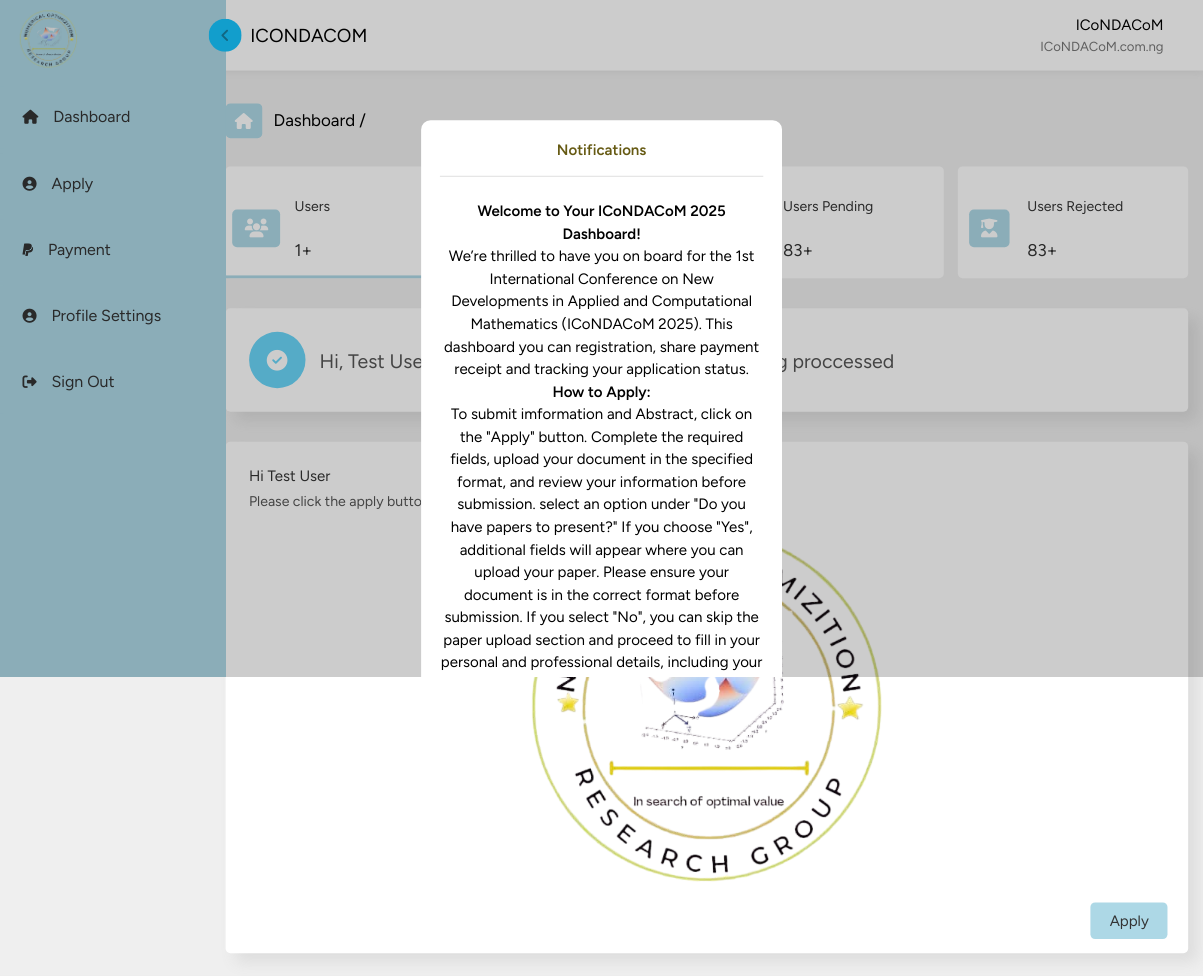
Repository: mrcode-gmb/aa-lectturn
Page: http://localhost/dashboard
These files come from the project's save history. The page is drawn as it stood at one moment and after a run of saves; the edit follows.
The browser window is 1280 px wide. The pictures show the whole page, at 94% of full size.
An inner scrolling area shows only its first screen. The page is served by the project's Laravel application, run on PHP 8.4 with Laravel 10. A made-up administrator, Test User (test@example.com), is signed in. Other server files are loaded and not shown. Queries for data that is not in the repository find no rows.

Above is the page before, as saved 2025-02-07 10:39:44.
Console error: TypeError: Cannot read properties of null (reading 'style')

### routes/web.php
<?php

use App\Models\User;
use Illuminate\Support\Facades\Mail;
use Illuminate\Support\Facades\Route;
use App\Http\Controllers\ProfileController;
use App\Http\Controllers\ApplyCompetationController;

/*
|--------------------------------------------------------------------------
| Web Routes
|--------------------------------------------------------------------------
|
| Here is where you can register web routes for your application. These
| routes are loaded by the RouteServiceProvider and all of them will
| be assigned to the "web" middleware group. Make something great!
|
*/

Route::get('/', function () {
    return view('welcome');
});

Route::get('/dashboard', function () {
    return view('dashboard',
    [
        "allUsers" => User::where("role",2)->count(),
        "allPendingUsers" => User::where("status",1)->count(),
        "allApprovedUsers" => User::where("status",2)->count(),
        "allRejectedUsers" => User::where("status",3)->count(),
    ]);
})->middleware(['auth', 'verified'])->name('dashboard');

Route::middleware('auth')->group(function () {
    Route::get('/profile', [ProfileController::class, 'edit'])->name('profile.edit');
    Route::patch('/profile', [ProfileController::class, 'update'])->name('profile.update');
    Route::delete('/profile', [ProfileController::class, 'destroy'])->name('profile.destroy');

    Route::controller(ApplyCompetationController::class)->group(function () {
        Route::get("/apply", "index")->name("apply");
        Route::get("/users/applied", "showAppliedUsers")->name("apply.showAppliedUsers");
        Route::get("/users/payment/histories", "showPaymentHistories")->name("apply.showPaymentHistories");
        Route::get("/users/all", "showAlldUsers")->name("all.showAppliedUsers");
        Route::post("apply/store", "store")->name("apply.store");
        Route::post("apply/update", "update")->name("apply.update");
        Route::post("apply/payment-status", "paymentStatus")->name("apply.paymentStatus");
        Route::get("/payment/user", "userPayment")->name("userPayment");
        Route::post("/payment/payment", "userPaymentPayment")->name("userPaymentPayment");
    });
});

require __DIR__ . '/auth.php';

### app/Models/User.php
<?php

namespace App\Models;

// use Illuminate\Contracts\Auth\MustVerifyEmail;
use Illuminate\Database\Eloquent\Factories\HasFactory;
use Illuminate\Foundation\Auth\User as Authenticatable;
use Illuminate\Notifications\Notifiable;
use Laravel\Sanctum\HasApiTokens;

class User extends Authenticatable
{
    use HasApiTokens, HasFactory, Notifiable;

    /**
     * The attributes that are mass assignable.
     *
     * @var array<int, string>
     */
    protected $fillable = [
        'name',
        'email',
        "status",
        'password',
    ];

    /**
     * The attributes that should be hidden for serialization.
     *
     * @var array<int, string>
     */
    protected $hidden = [
        'password',
        'remember_token',
    ];

    /**
     * The attributes that should be cast.
     *
     * @var array<string, string>
     */
    protected $casts = [
        'email_verified_at' => 'datetime',
        'password' => 'hashed',
    ];

    public function userApplied()
    {
        return $this->hasOne(ApplyCompetation::class);
    }
    public function payment()
    {
        return $this->hasOne(Payment::class);
    }
}

### resources/views/dashboard.blade.php
<x-app-layout>
    <div>
        <section id="mainbody">
            <div class="main-body">
                <div class="str">
                    <div class="str-home">
                        <i class="fa fa-home"></i>
                        <div class="db">
                            <h4>Dashboard / &nbsp;</h4>
                            <p></p>
                        </div>
                    </div>
                </div>
                <div>
                    <div class="tabs" id="tabls">
                        <div class="">
                            <div class="container-fluiding">
                                <div class="col-md-3">
                                    <div class="icon-flex">
                                        <div class="left">
                                            <i class="fa fa-users"></i>
                                        </div>
                                        <div class="right">
                                            <h4>Users</h4>
                                            <p class="percent" id="percent">0%</p>
                                        </div>
                                    </div>
                                    <div class="loader">
                                        <div class="shows" id="shows"></div>
                                    </div>
                                </div>
                                <div class="col-md-3">
                                    <div class="icon-flex">
                                        <div class="left">
                                            <i class="fa fa-hand-point-right"></i>
                                        </div>
                                        <div class="right">
                                            <h4>Users Approved</h4>
                                            <p class="percent" id="percent1">0%</p>
                                        </div>
                                    </div>

                                </div>
                                <div class="col-md-3">
                                    <div class="icon-flex">
                                        <div class="left">
                                            <i class="fa fa-money-check-alt"></i>
                                        </div>
                                        <div class="right">
                                            <h4>Users Pending</h4>
                                            <p class="percent" id="percent2">0%</p>
                                        </div>
                                    </div>

                                </div>
                                <div class="col-md-3">
                                    <div class="icon-flex">
                                        <div class="left">
                                            <i class="fa fa-user-graduate"></i>
                                        </div>
                                        <div class="right">
                                            <h4>Users Rejected</h4>
                                            <p class="percent" id="percent3">0%</p>
                                        </div>
                                    </div>

                                </div>
                            </div>
                        </div>
                        <x-auth-session-status class="mb-4" :status="session('status')" />
                        @if (Auth::user()->status != 0)
                            @if (Auth::user()->status == 1)
                                <div class="full-chart">
                                    <div class="chart-title flex-class">
                                        <div class="circle-pending">
                                            <i class="fa fa-check-circle"></i>
                                        </div>
                                        <div class="circle-text">
                                            <p>Hi, {{ Auth::user()->name }}, Congratulation your application is being
                                                proccessed </p>
                                        </div>
                                    </div>
                                </div>
                            @elseif (Auth::user()->status == 2)
                                <div class="full-chart">
                                    <div class="chart-title flex-class">
                                        <div class="circle-success">
                                            <i class="fa fa-check-circle"></i>
                                        </div>
                                        <div class="circle-text">
                                            <p>Hi, {{ Auth::user()->name }}, Congratulation your application has been
                                                approved.
                                            </p>
                                        </div>
                                    </div>
                                </div>
                            @elseif (Auth::user()->status == 3)
                                <div class="full-chart">
                                    <div class="chart-title flex-class">
                                        <div class="circle-rejected">
                                            <i class="fa fa-check-circle"></i>
                                        </div>
                                        <div class="circle-text">
                                            <p>Hi, {{ Auth::user()->name }}, Sorry your application cannot be
                                                considered.
                                            </p>
                                        </div>
                                    </div>
                                </div>
                            @else
                            @endif
                        @endif
                    </div>
                </div>

                @if (Auth::user()->role == 1)
                    <div>
                        <div class="tabs" id="tabls">
                            <div class="full-chart">
                                <div class="chart-title">
                                    <h3>Hi {{ Auth::user()->name }} (Super Admin)</h3>
                                    <p>Please click the manage users button to view, approved, or reject user who apply
                                    </p>
                                </div>
                                <div class="dont-have">
                                    <img src="{{ asset('asset/photos/WhatsApp_Image_2024-10-23_at_8.20.45_PM-removebg-preview.png') }}"
                                        alt="">
                                </div>
                                <div class="create-app">
                                    <a href="apply">
                                        Manage Users
                                    </a>
                                </div>
                            </div>
                            <br>
                        </div>
                    </div>
                @else
                    <div>
                        <div class="tabs" id="tabls">
                            <div class="full-chart">
                                <div class="chart-title">
                                    <h3>Hi {{ Auth::user()->name }}</h3>
                                    <p>Please click the apply button to apply</p>
                                </div>
                                <div class="dont-have">
                                    <img src="{{ asset('asset/photos/WhatsApp_Image_2024-10-23_at_8.20.45_PM-removebg-preview.png') }}"
                                        alt="">
                                </div>
                                <div class="create-app">
                                    <a href="apply">
                                        Apply
                                    </a>
                                </div>
                            </div>
                            <br>
                        </div>
                    </div>
                @endif
                <!-- end design dashboard content  -->
            </div>
        </section>
    </div>
    <div class="modal d-nones text-center font-bold" id="modal">
        <div class="modal-dialog mt-auto">
            <div class="modal-head">
                <p><b>Notifications</b> </p>
            </div>
            <form class="modal-body">
                <p>
                    <b>Welcome to Your ICoNDACoM 2025 Dashboard!</b> <br>
                    We’re thrilled to have you on board for the 1st International Conference on New Developments in
                    Applied and Computational Mathematics (ICoNDACoM 2025). This dashboard you can registration, share
                    payment receipt and tracking your application status.
                    <br>
                    <b>How to Apply:</b> <br>
                    To submit imformation and Abstract, click on the "Apply" button. Complete the required fields,
                    upload your document in the specified format, and review your information before submission. select
                    an option under "Do you have papers to present?" If you choose "Yes", additional fields will appear
                    where you can upload your paper. Please ensure your document is in the correct format before
                    submission. If you select "No", you can skip the paper upload section and proceed to fill in your
                    personal and professional details, including your full name, email, title, occupation, and
                    organization.
                    <br>
                    <b>Track Your Progress & Get Support:</b><br>
                    After submitting your form, you can monitor your registration status through the dashboard. Any
                    updates regarding your submission, payment confirmation, or event schedules will be displayed here.
                    If you need assistance, feel free to visit the "Support" section or contact us directly—we’re here
                    to help!


                </p>
                <div class="modal-footer text-center">
                    <button type="button" onclick="modalDismiss()">OK</button>
                </div>
            </form>
        </div>
    </div>
    <script>
        const modalDismiss = () => {
            document.querySelector("#modal").style.display = "none";
        }
        window.onclick = (e) => {
            const modal = document.getElementById("modal")
            if (e.target == modal) {
                document.querySelector("#modal").style.display = "none";
            }
        }
        window.onload = () => {
            let loader = document.querySelector(".shows"),
                percent = document.querySelector("#percent");

            let loaderStart = 0,
                loaderEnd = {{ $allUsers < 1 ? 1 : $allUsers }},
                loaderTime = 60;

            let start = setInterval(() => {
                loaderStart++;

                percent.textContent = loaderStart + '+';
                loader.style.width = `${loaderStart}`;
                loader.style.background = `rgb(173, 216, 230)`;


                if (loaderStart == loaderEnd) {
                    clearInterval(start);
                }
            }, loaderTime);


            let loader1 = document.querySelector("#shows1"),
                percent1 = document.querySelector("#percent1");

            let loaderStart1 = 0,
                loaderEnd1 = {{ $allApprovedUsers < 1 ? 1 : $allApprovedUsers }},
                loaderTime1 = 60;

            let start1 = setInterval(() => {
                loaderStart1++;

                percent1.textContent = loaderStart1 + '+';
                loader1.style.width = `${loaderStart1}`;
                loader1.style.background = `rgb(173, 216, 230)`;


                if (loaderStart1 == loaderEnd1) {
                    clearInterval(start1);
                }
            }, loaderTime1);




            let loader2 = document.querySelector("#shows2"),
                percent2 = document.querySelector("#percent2");

            let loaderStart2 = 0,
                loaderEnd2 = {{ $allPendingUsers < 1 ? 1 : $allPendingUsers }},
                loaderTime2 = 60;

            let start2 = setInterval(() => {
                loaderStart2++;

                percent2.textContent = loaderStart2 + '+';
                loader2.style.width = `${loaderStart2}`;
                loader2.style.background = `rgb(173, 216, 230)`;


                if (loaderStart2 == loaderEnd2) {
                    clearInterval(start2);
                }
            }, loaderTime2);


            let loader3 = document.querySelector("#shows3"),
                percent3 = document.querySelector("#percent3");

            let loaderStart3 = 0,
                loaderEnd3 = {{ $allRejectedUsers < 1 ? 1 : $allRejectedUsers }},
                loaderTime3 = 60;

            let start3 = setInterval(() => {
                loaderStart3++;

                percent3.textContent = loaderStart3 + '+';
                loader3.style.width = `${loaderStart3}`;
                loader3.style.background = `rgb(173, 216, 230)`;


                if (loaderStart3 == loaderEnd3) {
                    clearInterval(start3);
                }
            }, loaderTime3);

        }
    </script>
</x-app-layout>

### resources/views/components/auth-session-status.blade.php
@props(['status'])

@if ($status)
    <div {{ $attributes->merge(['class' => 'font-medium text-sm text-green-600 dark:text-green-400 alert-success']) }}>
        <i class="fa fa-check-circle"></i>&nbsp;{{ $status }}
    </div>
@endif

Loaded but not shown: routes/auth.php (common file); app/Http/Controllers/Auth/EmailVerificationPromptController.php (common file); app/Http/Controllers/Controller.php (common file); app/Http/Controllers/Auth/VerifyEmailController.php (common file); app/View/Components/AppLayout.php (common file); public/asset/fontawesome-free/css/all.min.css (library); public/asset/fontawesome-free/css/all.css (library); public/asset/styles.css (1621 lines, source omitted); public/asset/form.css (503 lines, source omitted); resources/views/layouts/app.blade.php (123 lines, source omitted); resources/views/layouts/navigation.blade.php (128 lines, source omitted)

After the next 2 saves:
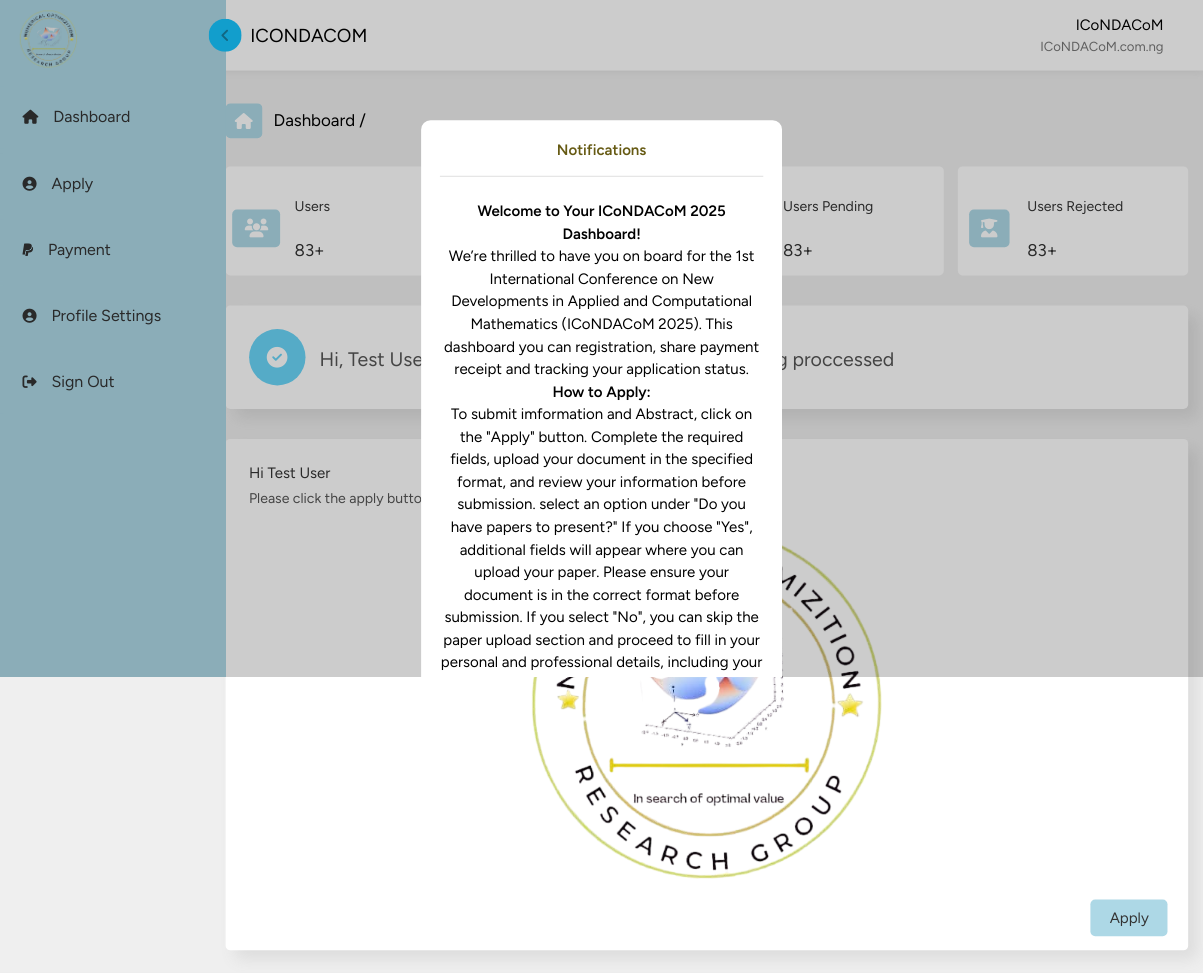
The 2 saves are shown as one change because they came seconds apart.
The last was saved 8 s later.
--- a/resources/views/dashboard.blade.php
+++ b/resources/views/dashboard.blade.php
@@ -24,9 +24,6 @@
                                             <h4>Users</h4>
                                             <p class="percent" id="percent">0%</p>
                                         </div>
-                                    </div>
-                                    <div class="loader">
-                                        <div class="shows" id="shows"></div>
                                     </div>
                                 </div>
                                 <div class="col-md-3">
